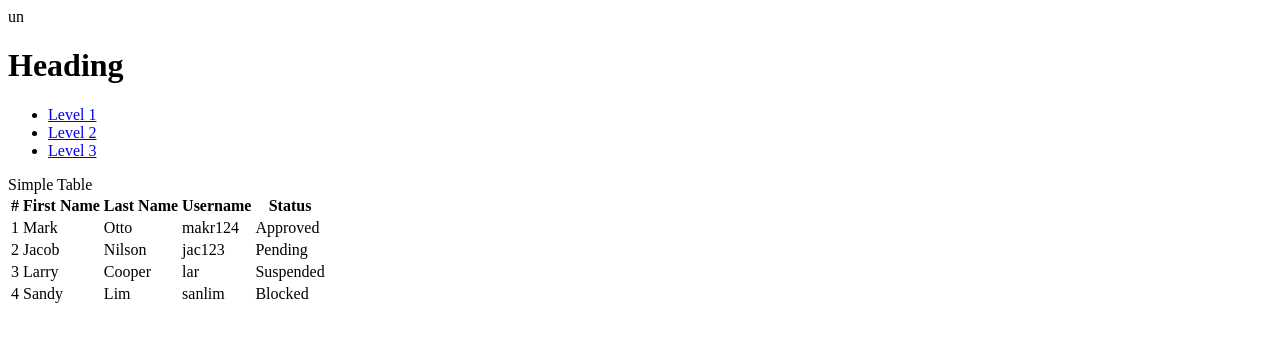
Repository: darkknight77/workspace
Page: http://localhost/spring-boot-first-web-aplication/WEB-INF/jsp/view.jsp
The author's editor kept a copy of each file at every save. The page is drawn from the files as they stood at one save, then again after the next save.
The browser window is 1280 px wide. The pictures show the whole page.
The page is served by Tomcat 9. Nobody is signed in. The template is opened directly, without the code that normally fills it, so the values that code supplies are empty.

Above is the page before, as saved 2018-08-03 20:26:26.

After the next save:
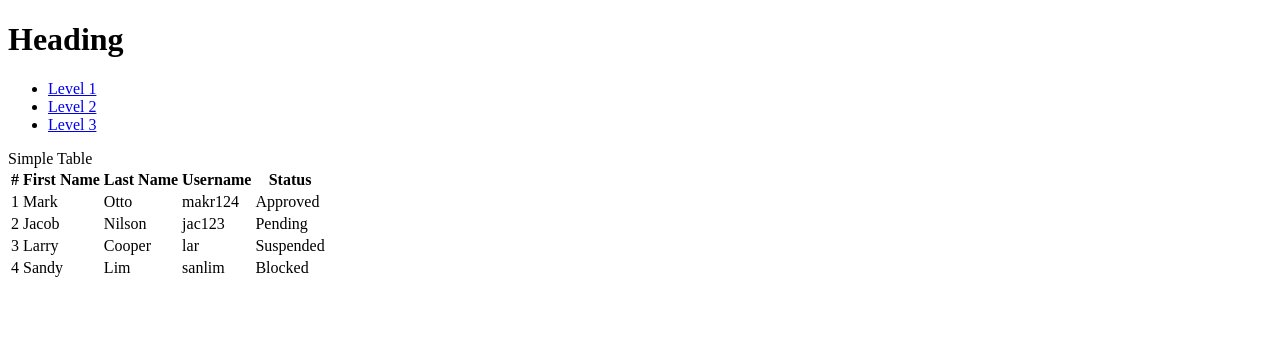
Saved 4 s later.
--- a/spring-boot-first-web-aplication/src/main/webapp/WEB-INF/jsp/view.jsp
+++ b/spring-boot-first-web-aplication/src/main/webapp/WEB-INF/jsp/view.jsp
@@ -1,6 +1,6 @@
 <%@ page language="java" contentType="text/html; charset=ISO-8859-1"
     pageEncoding="ISO-8859-1"%>
-un
+
 
 <!DOCTYPE html>
 <!--[if IE 8]> <html lang="en" class="ie8 no-js"> <![endif]-->
